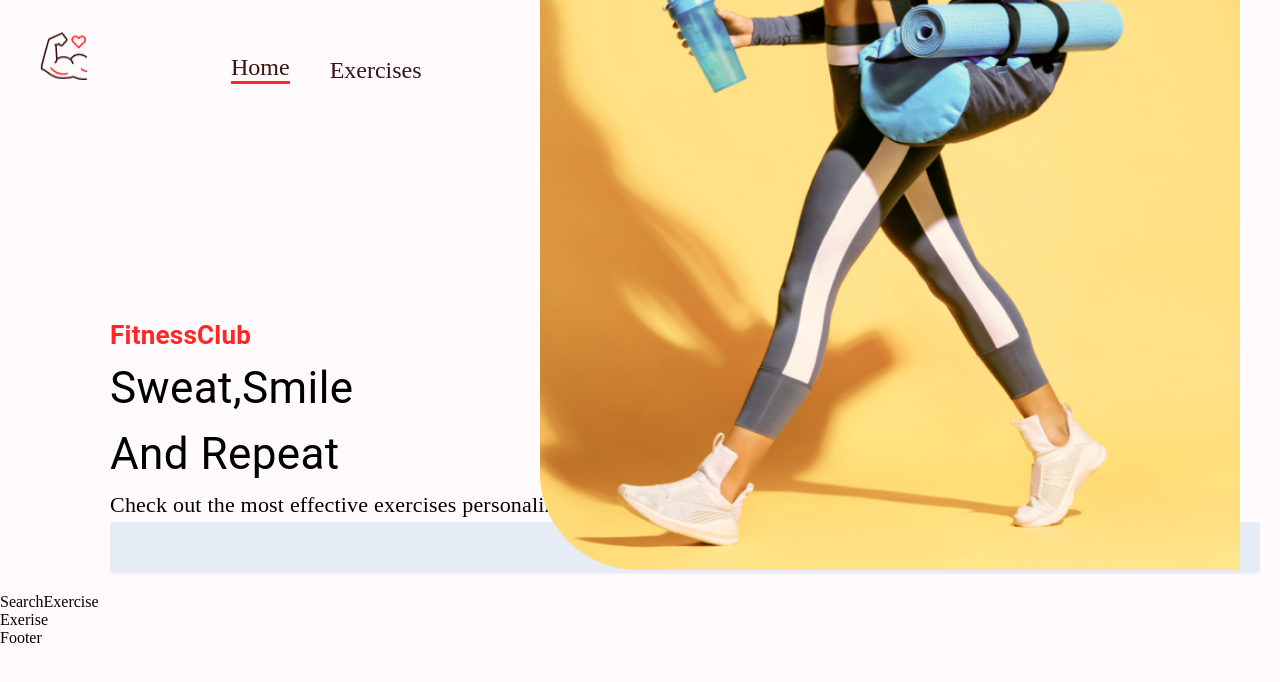
Repository: OmniaRafat232111121/Fitness
Page: /
The author's editor kept a copy of each file at every save. The page is drawn from the files as they stood at one save, then again after a run of saves.
The browser window is 1280 px wide. The pictures show the whole page.
The project was rebuilt for these pictures with package versions that can differ from the ones it lists, and the page was loaded fresh each time. Also part of the build but not shown: src/Pags/ExerciseDetail.js.

Above is the page before, as saved 2022-07-14 00:48:17.

After the next 3 saves:
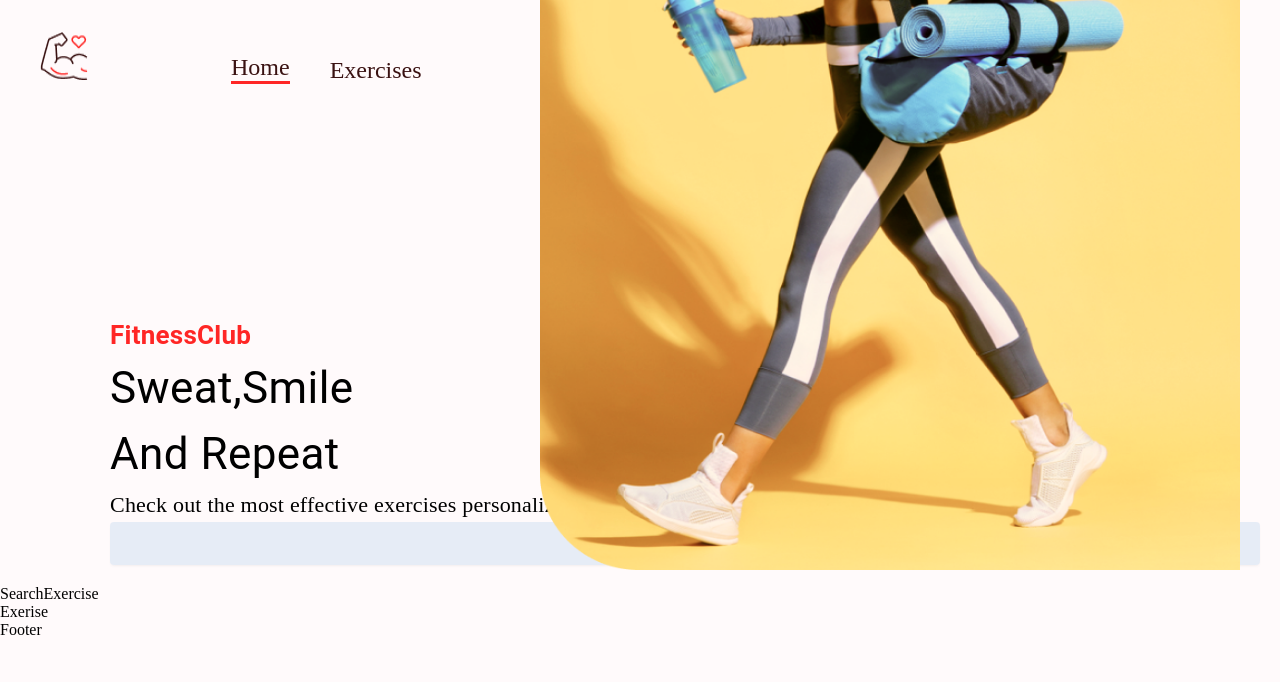
The 3 saves are shown as one change because they came seconds apart.
The last was saved 13 s later.
--- a/src/components/HeroBanner.js
+++ b/src/components/HeroBanner.js
@@ -15,7 +15,7 @@ const HeroBanner = () => {
    </Typography>
 
    <Stack>
-   <Button  variant="contained" size="large" style={{backgroundcolor:"#FF2625", fontWeight:"600px",fontSize:'20px'}} sx={{opacity:'0.1',display:{lg:'block',xs:'none'}}}>Explore Exercise</Button>
+   <Button  variant="contained" size="small" style={{backgroundcolor:"#FF2625", fontWeight:"600px",fontSize:'20px'}} sx={{opacity:'0.1',display:{lg:'block',xs:'none'}}}>Explore Exercise</Button>
    </Stack>
 
    <img src={HeroBannerImage} alt="hero-banner" className="hero-banner-img" />
